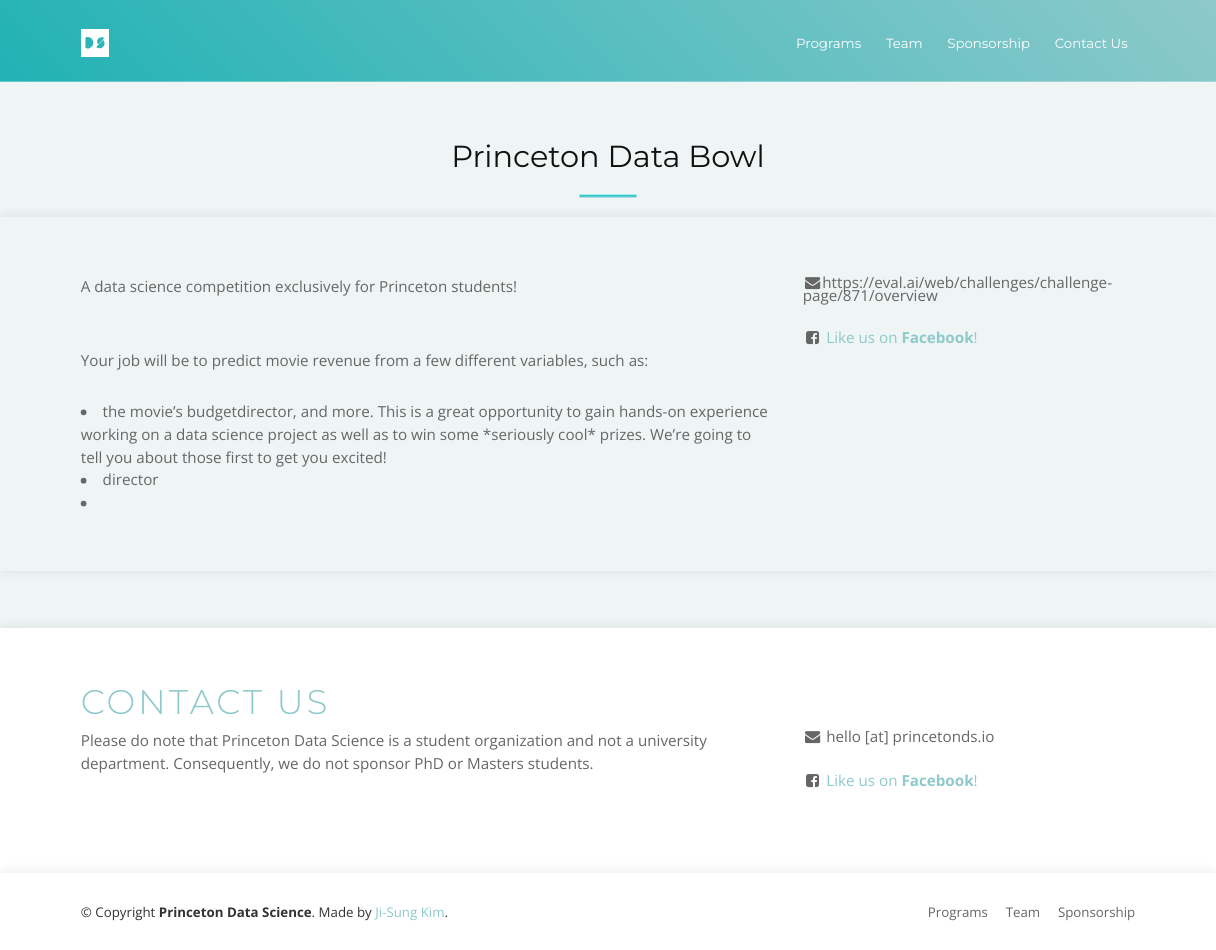
Repository: princetonds/princetonds.github.io
Page: team2.html
The author's editor kept a copy of each file at every save. The page is drawn from the files as they stood at one save, then again after a run of saves.
The browser window is 1280 px wide. The pictures show the whole page, at 95% of full size.

Above is the page before, as saved 2021-03-20 03:20:31.
Console error: TypeError: Cannot read properties of null (reading 'innerHTML')

After the next 3 saves:
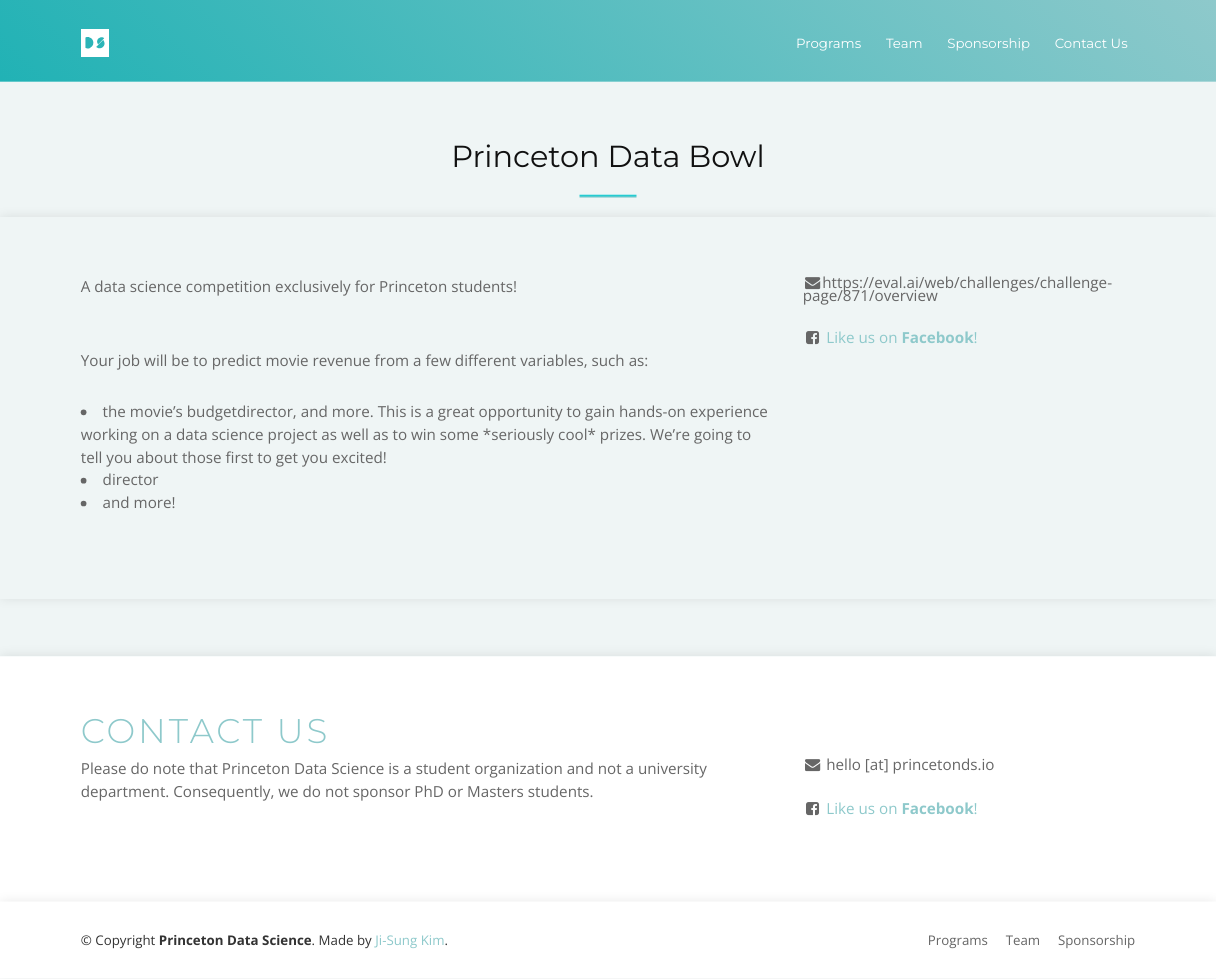
The 3 saves are shown as one change because they came seconds apart.
The last was saved 12 s later.
--- a/team2.html
+++ b/team2.html
@@ -117,7 +117,8 @@
                 the movie’s budgetdirector, and more. This is a great opportunity to gain hands-on experience working on a data science project as well as to win some *seriously cool* prizes. We’re going to tell you about those first to get you excited!
               </li>
               <li> director </li>
-              <li></li>
+              <li> and more! </li>
+              <p> </p>
           </div>
           <div class="col-lg-4 col-md-6 links">
             <p><i class="fa fa-envelope fa-fw"></i>https://eval.ai/web/challenges/challenge-page/871/overview</p>
